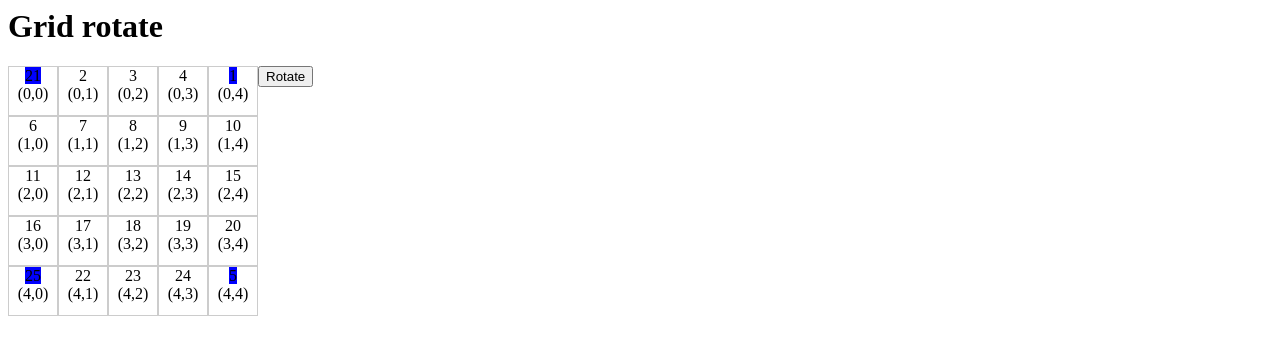
Repository: rashko/rotatematrix
Page: index.html
These files come from the project's save history. The page is drawn as it stood at one moment and after the next save; the edit follows.
The browser window is 1280 px wide. The pictures show the whole page.
After loading, the first visible `#rotator` was clicked once.

Above is the page before, as saved 2018-07-08 00:10:56.

After the next save:
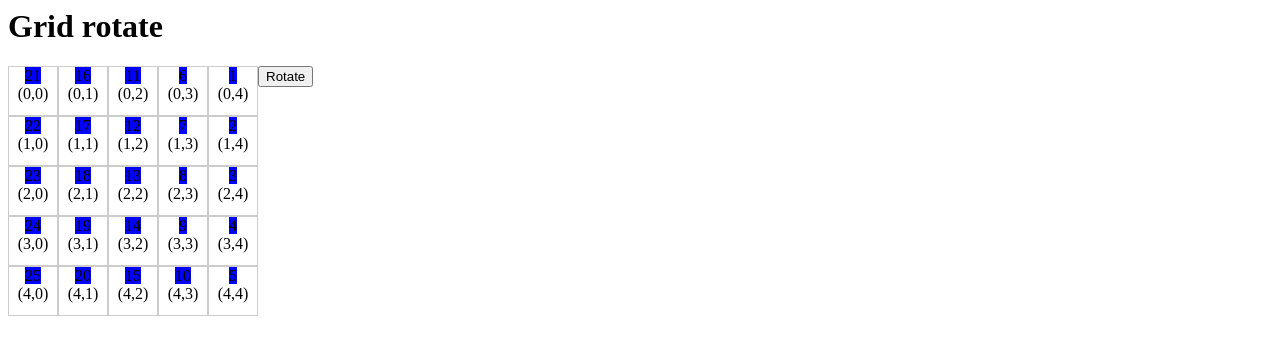
Saved 74 s later.
--- a/index.html
+++ b/index.html
@@ -60,17 +60,17 @@ var y = 0;
 var x = 0;
 function rotate(){
     // rotGroup();
-    // for(x = 0; x < GRID_SIZE; x++){
-        // y = 0;
-        // rotGroup(x, y);
-        // for(y = 0; y < GRID_SIZE; y++){
+    for(x = 0; x < GRID_SIZE; x++){
+        y = 0;
+        rotGroup(x, y);
+        for(y = 0; y < GRID_SIZE; y++){
             // get first cell and put in line
 
 
             rotGroup(x, y);
-            y++;
-        // }
-    // }
+
+        }
+    }
 }
 
 
